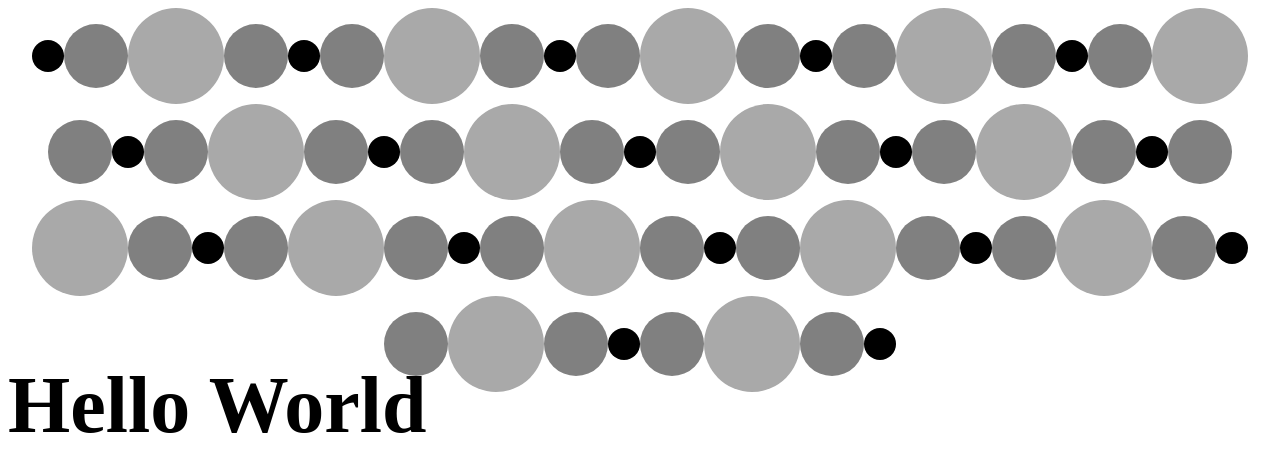
Repository: sarahlochhead/css-demo
Page: index.html
These files come from the project's save history. The page is drawn as it stood at one moment and after the next save; the edit follows.
The browser window is 1280 px wide. The pictures show the whole page.

Above is the page before, as saved 2023-04-28 12:36:34.

After the next save:
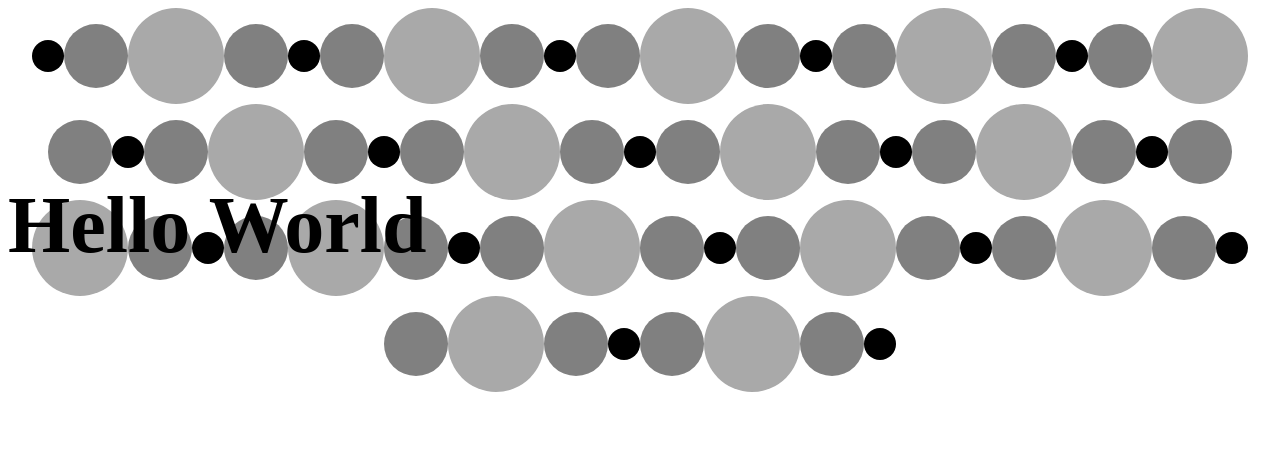
Saved 9 s later.
--- a/styles.css
+++ b/styles.css
@@ -2,7 +2,7 @@
 
 h1 {
     position: absolute;
-    top: 50%;
+    top: 25%;
     font-size: 5rem;
     margin: 0 auto;
 }
